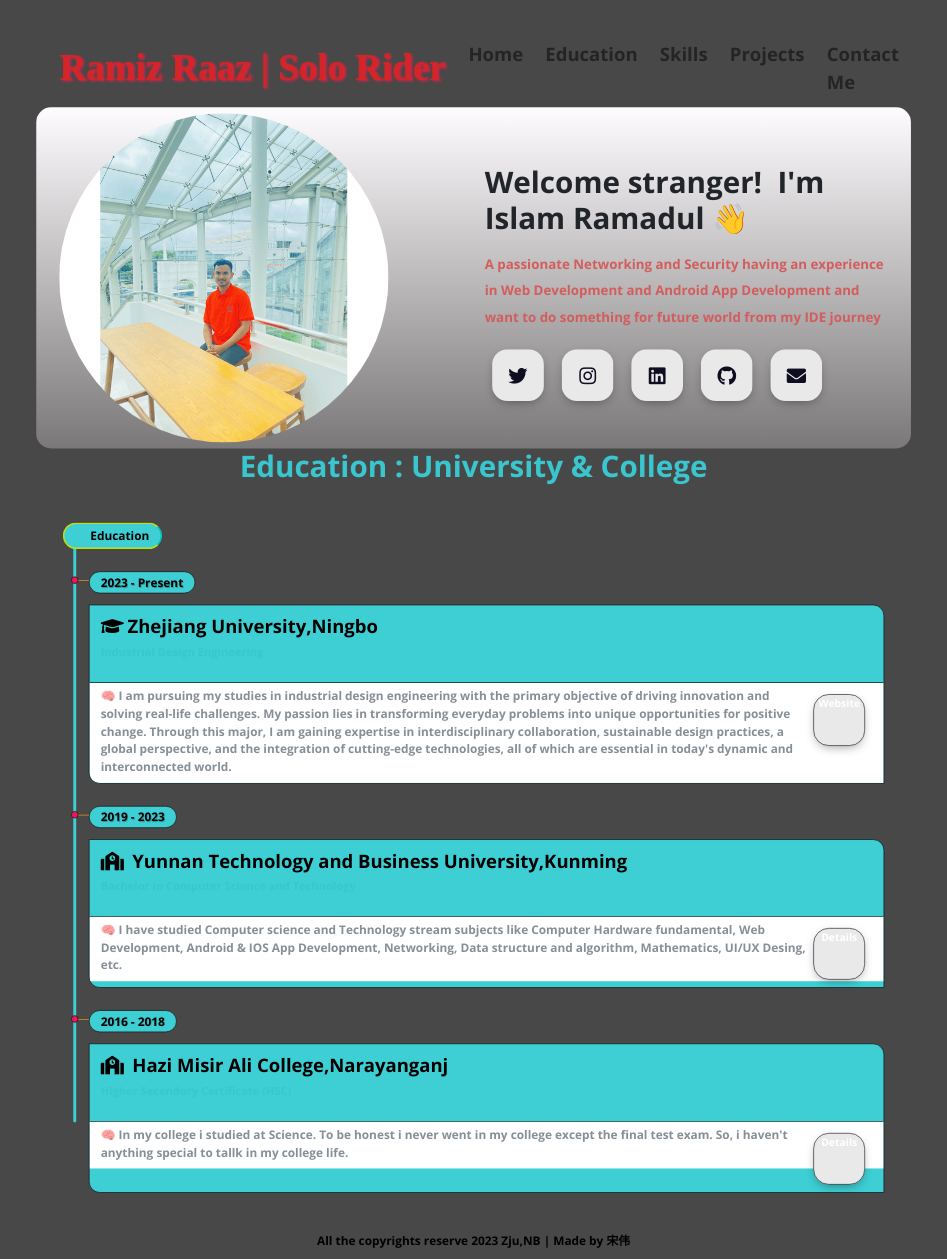
Repository: ramizraaz/ZjuProtfolio
Page: index.html
The author's editor kept a copy of each file at every save. The page is drawn from the files as they stood at one save, then again after the next save.
The browser window is 1280 px wide. The pictures show the whole page, at 74% of full size.
Some web fonts or font styles are not loaded; a fallback is used. Some web libraries are served in a nearby version.

Above is the page before, as saved 2023-10-08 18:54:45.

After the next save:
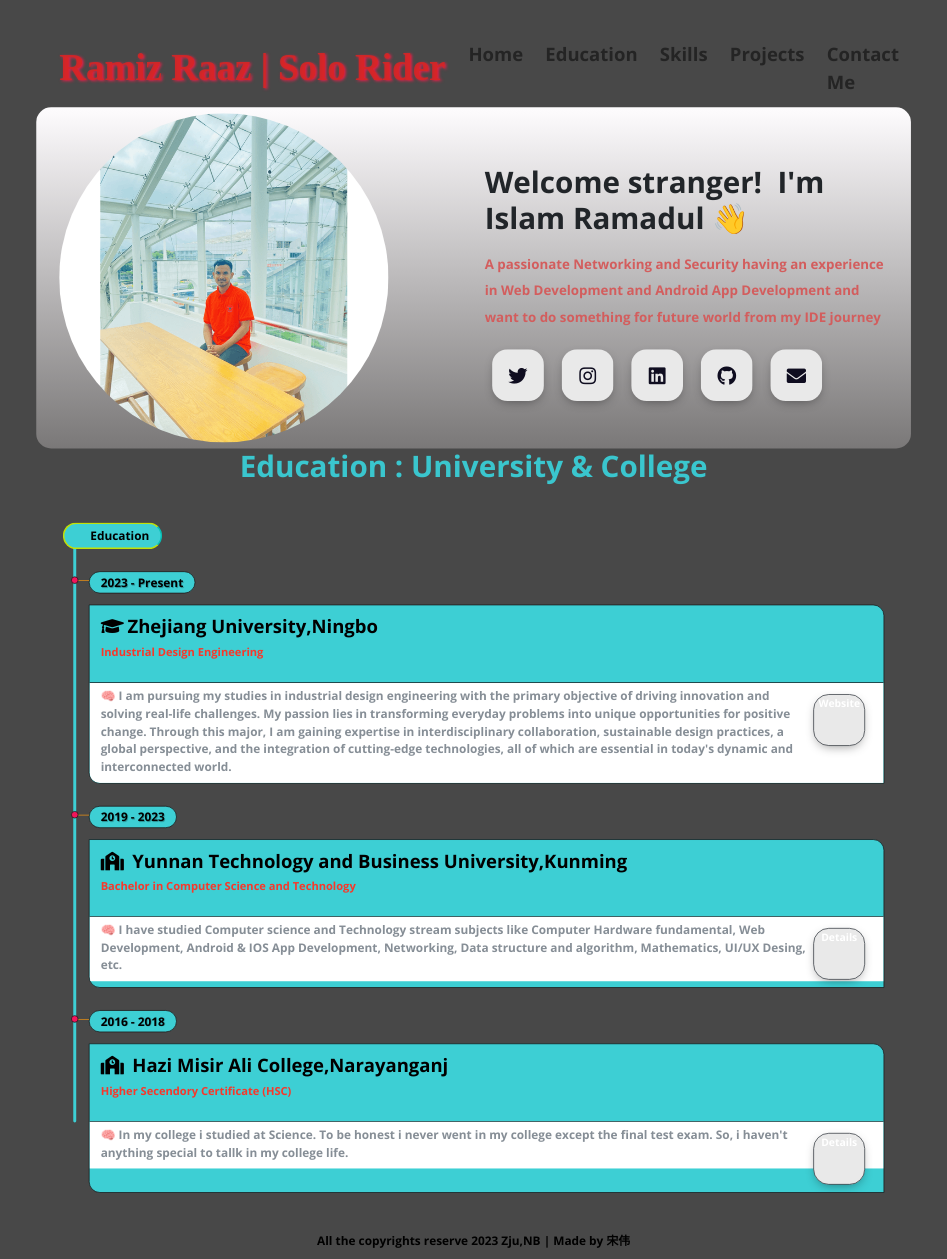
Saved 11 s later.
--- a/style.css
+++ b/style.css
@@ -314,7 +314,7 @@ p {
 
 .degree {
     font-size: 15px;
-    color: #3ac6ce;
+    color: #f7382b;
 }
 
 .box-title i {
